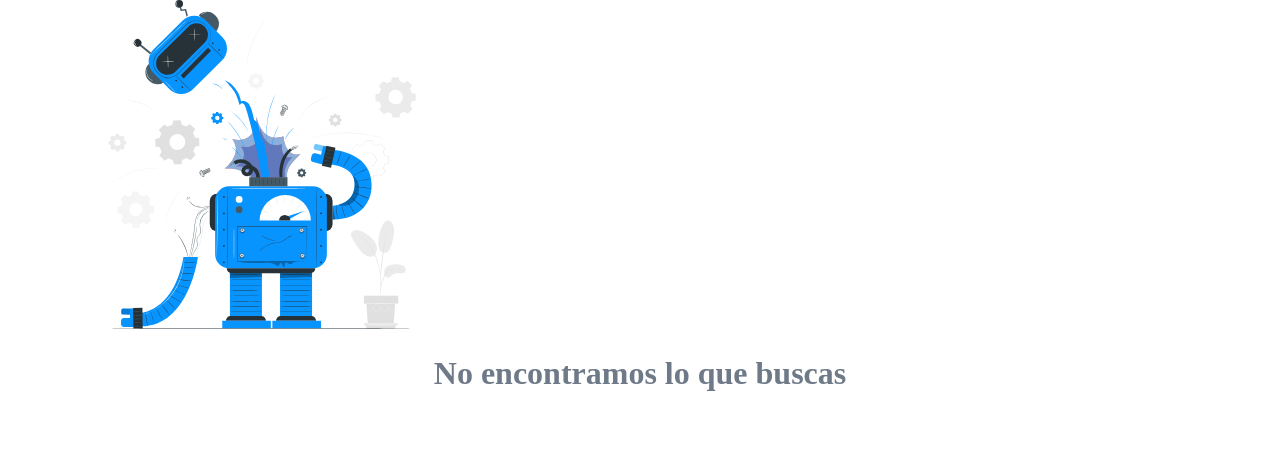
Repository: FabioMadrid/atlas_code
Page: 404.html
These files come from the project's save history. The page is drawn as it stood at one moment and after the next save; the edit follows.
The browser window is 1280 px wide. The pictures show the whole page.
Some web fonts or font styles are not loaded; a fallback is used. Some web libraries are served in a nearby version.

Above is the page before, as saved 2021-01-13 12:19:00.

### 404.html
<!DOCTYPE html>
<html lang="en">
<head>
    <meta charset="UTF-8">
    <meta name="viewport" content="width=device-width, initial-scale=1.0">
    <link rel="stylesheet" href="https://cdnjs.cloudflare.com/ajax/libs/font-awesome/4.7.0/css/font-awesome.min.css">
    <script src="https://kit.fontawesome.com/8bf4511c4b.js" crossorigin="anonymous"></script>
    <link rel="stylesheet" href="css/general.css">
    <link rel="stylesheet" href="css/style_lp.css">
    <link rel="stylesheet" href="https://atlas-home-colombia.s3.amazonaws.com/fonts/fonts.css">
    <title>Atlas Home</title>
</head>
<body>

    <div style="margin:auto">
        <img src="/svg/robot_explotando.svg" alt="" >
    </div>

    <h1 class="text" style="text-align: center;">
        No encontramos lo que buscas
    </h1>

</body>
</html>

### css/style_lp.css

body
{
    margin: 0 8%;
}

/* ---------------------------------------------- INICIO DE MODAL BUSQUEDA DE PROPIEDADES ------------------------------------------------------------*/
.modal
{
    display: none; /* Hidden by default */
    position: fixed; /* Stay in place */
    z-index: +2; /* Sit on top */
    left: 0;
    top: 0;
    width: 100%; /* Full width */
    height: 100%; /* Full height */
    background-color: rgb(0,0,0); /* Fallback color */
    background-color: rgba(0,0,0,0.4); /* Black w/ opacity */
    padding: 40px;
    overflow: hidden;
    animation: fadeEffect 0.5s; /* Fading effect takes 1 second */
    margin: 0;
}

  /* Modal Content */

  .modal-content
{
    background-color: #fefefe;
    margin: auto;
    padding: 20px;
    border: none;
    border-radius: 10px;
    width: 45%;
    z-index: +3;
}
.overflow
{
    max-height: 100%;
    overflow-y: auto !important;
}

  /* The Close Button */
  .close
{
    color: white;
    float: right;
    font-size: 28px;
    text-align: center;
    font-weight: bold;
    border: 2px solid #0894FE;
    background-color: #0894FE;
    border-radius: 50%;
    width: 35px;
    height: 35px;
    position: absolute;
    top: -35px;
    right:-35px;
}

  .close:hover,
  .close:focus {
    background-color: #CC5F54;
    border: none;
    text-decoration: none;
    cursor: pointer;
  }
  .titulo-modal
  {
    text-align: center;
    border-bottom: 2px solid rgba(156, 156, 156, 0.219);
    padding-bottom: 7px;
    margin: 15px 10%;
  }


  /*-------------------------------------------------------------- Clases del SEARCH Modal------------------------------------------- */

  .inmueble-selector
  {
      display: flex;
      justify-content: center;
      flex-direction: row;
      flex-wrap: wrap;
      align-items: center;
  }
    .inmueble-selector input
    {
      margin:0;padding:0;
      -webkit-appearance:none;
      -moz-appearance:none;
      appearance:none;
    }

  .vivienda
  {
      background-image:url(/svg/vivienda-icon-azul.svg);
  }
  .apartamento
  {
      background-image:url(/svg/apartamento-icon-azul.svg);
  }
  .terreno
  {
      background-image:url(/svg/terreno-icon-azul.svg);
  }

  .inmueble-selector input:active + .drinkcard-cc
  {
      opacity:none;
  }
  .inmueble-selector input:checked + .drinkcard-cc
  {
      -webkit-filter: none;
         -moz-filter: none;
              filter: none;
              color:#0048CD;
  }
  .drinkcard-cc
  {
      cursor:pointer;
      background-size:contain;
      background-repeat:no-repeat;
      display:inline-block;
      width:90px;height:80px;
      color: inherit;
      -webkit-transition: all 100ms ease-in;
         -moz-transition: all 100ms ease-in;
              transition: all 100ms ease-in;
              -webkit-filter: brightness(1) grayscale(1) opacity(1);
              -moz-filter: brightness(1) grayscale(1) opacity(1);
                   filter: brightness(1) grayscale(1) opacity(1);
  }
  .drinkcard-cc:hover
  {
      -webkit-filter: none;
         -moz-filter: none;
              filter: none;
              color:#0048CD;
               /* width:93px;height:83px;*/
  }

  /* correciones del search modal */

  .correcion
  {
      left: 16px;
      bottom: -110px;
  }
  .correcion-a
  {
      bottom: -110px;
  }


@media screen and (max-width:880px)
{
    .modal-content
    {
        width: 90%;
    }
    .correcion
    {
    left: 16px;
    bottom: -100px;
    }
    .correcion-a
    {
    bottom: -100px;
    }
    .selects-50
    {
    float: none;
    width: 100%;
    margin: none;
    }
    .selects-50-right
    {
    float: none;
    width: 100%;
    }
    .topright
    {
    right: 7.5%;
    }
    .correcion-icon-credito
    {
        padding-top: 25%;
    }
}
@media screen and (max-width:450px)
{
    .drinkcard-cc
    {
        width: 80px;
        height: 70px;
    }
    .inmueble-selector
    {
        justify-content: space-around;
    }
    .modal-content
    {
        width: 100%;
    }
    .modal
    {
        padding: 0px;
    }
    .modal-content
    {
        border-radius: 0;
    }
    .topright
    {
    right: 7%;
    top: 4%;
    }

}
@media screen and (max-width:365px)
{
    .inmueble-selector
    {
        flex-direction: column;
    }
    .drinkcard-cc
    {
        margin-top: 30px;
    }
    .bottom-text
    {
        bottom: -105px;
    }
}

/* ----------------------------------------------------- titulos, textos y fonts ------------------------------------------------------------------ */
@font-face
{
    font-family: "FormaDJRText";
    src: url(https://atlas-home-colombia.s3.amazonaws.com/fonts/fonts.css);
}
.text
{
    font-family:"Forma DJR Text Edu";
    color: #6F7A88;
}
.title
{
    margin-top: 50px ;
    color:#0894FE;
    font-size:2em;
    font-weight:bold;
    display: block;
}
.subtitles
{
    color:#0894FE;
    font-weight:bold;
    display: block;

}
/* diseño de columnas y layout */
.flex-container
{
    display: flex;
    flex-flow: row wrap;
}
.flex-centrar
{
    justify-content: space-between;
    align-items: center;
}
.row:after
{
    content: "";
    display: table;
    clear: both;
}
.column-left
{
    float: left;
    width: 49.99%;
    padding: 15px;
    height:auto;
    display: block;
}
.column-50
{
    width: 49.99%;
    float: right;
    margin: auto;
}
.column-33
{
    width: 33.33%;
    float: left;
    margin: auto;
}
.clearfix::after
{
    content: "";
    clear: both;
    display: table;
}
.flex-box
{
   display: flex;
   flex-flow: row wrap;
   justify-content: center;
}

/* declaraciones de iconos */

.icon-lp
{
    width: 90%;
    height: auto;
    margin-top: 50px;
    display: block;
    margin: auto;
}
.icon-v
{
    max-height: 400px;
}
.boton-landing
{
    background: white ;
    color:#0894FE;
    border: #0894FE solid 1px;
    padding: 10px 15px;
    border-radius: 5px;
    display: block;
    width: 350px;
    height: 60px;
    margin: 30px auto 30px auto;
    font-size:15px;
    transition: background-color 0.4s;
    outline: none;
}
.triangulo-decor
{
    position: absolute;
    padding-top: 0px;
    width: 20%;
    height: auto;
    vertical-align: middle;
    border-style: none;
    box-sizing: border-box;
    max-width: 100%;
    z-index: -1;
}

/* declaraciones de botones */

.boton-landing:hover
{
    background-color: #2680EB;
    color: white;
    cursor: pointer;
    font-size: 17px;
    box-shadow: 0 12px 16px 0 rgba(0,0,0,0.24), 0 17px 50px 0 rgba(0,0,0,0.19);
}
button:active
{
    background-color: #6eb9f7;
    background-size: 100%;
    transition: background-color 0s;
    border: #0894FE solid 1px;
}

/* testimonios */
.box
{
    box-shadow: 0 4px 8px 0 rgba(0, 0, 0, 0.2), 0 6px 10px 0 rgba(133, 133, 133, 0.19);
    box-shadow: 5px grey;
    display: block;
    background-color: white;
    width: auto;
    text-align: left;
    margin: 20px 0% 20px 0%;
    padding: 10px 20px 40px 20px;
    border-radius: 5px;
}
.img
{
    float: left;
    padding-right: 5px;
    height: 100px;
    width: 100px;
}
.box::after
{
    content: "";
    clear: both;
    display: table;
}
.figcaption
{
    font:"Forma DJR Text Edu" medium 12px;
    color: #0894FE;
    margin-top: 15px;
    text-align: left;
}

/*----------- CSS PARA STEP FORMS ------------*/

/* Styling Parts */
#part1,
#part2,
#part3,
#part4,
#part5 {
  z-index: 2;
  display: block;
  height: auto;
  opacity: 1;
  transition: opacity 1s ease-in-out;
}

/* Hidden Parts */
#part2,
#part3,
#part4,
#part5
 {
  opacity: 0;
  height: 0;
  overflow: hidden;
}

/* Show Step 2 & Hide Step 1 */
#step2:checked ~ #part2
{
  opacity: 1;
  height: auto;
}
#step2:checked ~ #part1
{
  opacity: 0;
  height: 0;
  display: none;
}

/* Show Step 3  & Hide Step 2 */
#step3:checked ~ #part3
{
  opacity: 1;
  height: auto;
}
#step3:checked ~ #part2
{
  opacity: 0;
  width: 0;
  height: 0;
  display: none;
}

/* Show Step 4  & Hide Step 3 */
#step4:checked ~ #part4 {
    opacity: 1;
    height: auto;
  }
  #step4:checked ~ #part3 {
    opacity: 0;
    width: 0;
    height: 0;
    display: none;
  }

/* Show Step 5  & Hide Step 4 */
#step5:checked ~ #part5 {
    opacity: 1;
    height: auto;
  }
#step5:checked ~ #part4 {
    opacity: 0;
    width: 0;
    height: 0;
    display: none;
  }

  input[type=checkbox]
  {

    position: absolute;
    /* Position the checkbox in upper left corner */

    opacity: 0;
  }


/* ----- INICIO DE RESPONSIVE DESIGN------*/

/*diseño para ipads*/

@media only screen and (max-width: 800px)
{
    .caja
    {
        text-align: center;
    }
    .img
     {
        margin: auto;
        float: none;
        display: block;
    }
    .figcaption
    {
        text-align: center;
    }
    .icon-lp
    {
        height: auto;
        display: block;
        margin:auto;
        float: none;
    }
    .row:after
    {
        content: "";
        display: table;
        clear: both;
    }
    .boton-landing
    {
        width: 250px;
        height: 60px;
    }
    .title
    {
        font-size:1.3em;
    }
    .icon-v
    {
        height: 300px;
    }
    .icon-i
    {
        padding-top: 40%;
    }
    .text
    {
        text-align: center;
    }
}

/*diseño para moviles*/

@media only screen and (max-width: 700px)
{
    .column-50
    {
        width: 100%;
        float: none;
        margin: auto;
        overflow: hidden;
        padding: 15px;
        height:auto;
        display: block;
    }
    .column-left
    {
        float: none;
        width: 100%;
        padding: 15px;
        height:auto;
        display: block;
    }
    .boton-landing
    {
        width: 100%;
    }
    .icon-i
    {
        padding-top: 10px;
    }
    .triangulo-decor
    {
        width: 40%;
    }
    .correcion-icon-credito
    {
        padding-top: 0;
    }
}

/* footer */

.footer
{
    height: 250px;
    width: 100%;
    border-top: 5px solid #F2F2F2;
}
.footer-img
{
    background-image: url("/svg/city2.svg");
    background-color: transparent;
    height: 250px;
    background-position: center;
    background-repeat: no-repeat;
    background-size: cover;
}
.footer-logo
{
    display: block;
    width: auto;
    height: 80px;
    padding-top: 10px;
    margin: auto;
}
.fa
{
    display: inline-block;
    width: 50px;
    height: 50px;
    line-height: 50px;
    text-align: center;
    border: 3px;
    background-color: #fff;
    color: #0f4aa2;
    font-size: 30px;
    text-decoration: none;
    margin:0;
}
a
{
    text-decoration: none;
    cursor: pointer;
    color: inherit;
}
li
{
    list-style-type: none;
    display: inline-block;
    border: 1.5px solid  #0f4aa2;
    margin: 5px 7px;
}
.fa:hover {
    opacity: 0.7;
    color: #2680EB;
}
.footer-ul
{
    padding-left: 0;
}

button:active
{
background-color:white;
background-size: 100%;
transition: background-color 0s;
border: none;
outline: none;
}

.b-tipo-cita
{
    color: #6F7A88;
    border-bottom: 1px solid #6F7A88;
    display: block;
    text-align: center;
    width: 45%;
    margin-top: 0;
    cursor: pointer;
    outline: none;
    border-radius: none;
    padding: 10px;

}
.b-tipo-cita:hover+:checked
{
    border-bottom: 3px solid #2680EB;
    color: #2680EB;
}
.b-tipo-cita.active
{
    border-bottom: 3px solid #2680EB;
    color: #2680EB;
}

input[type="radio"]:checked+label {
    border-bottom: 3px solid #2680EB;
    color: #2680EB;
}

Loaded but not shown: css/general.css (885 lines, source omitted)

After the next save:
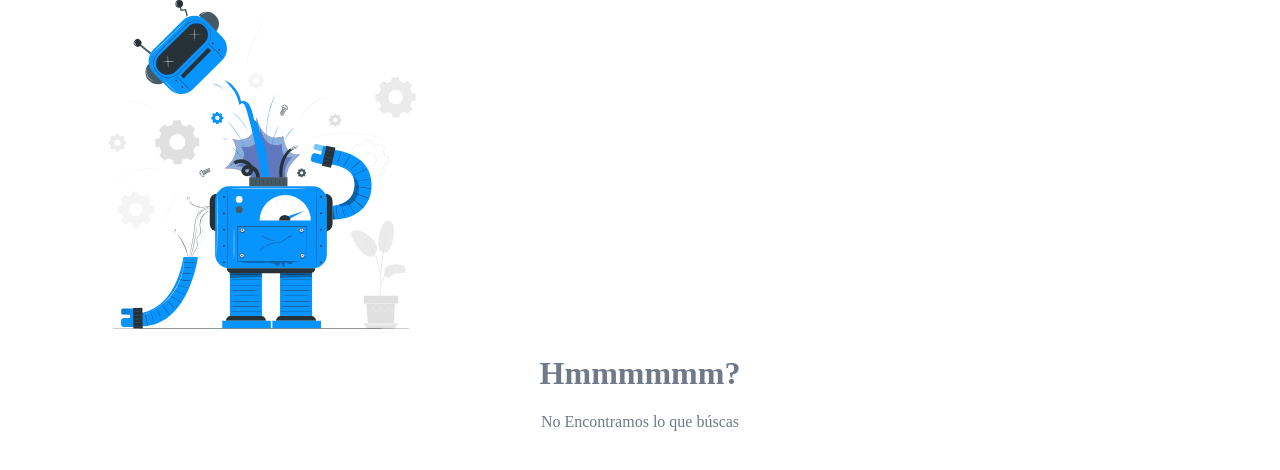
Saved 65 s later.
--- a/404.html
+++ b/404.html
@@ -17,8 +17,11 @@
     </div>
 
     <h1 class="text" style="text-align: center;">
-        No encontramos lo que buscas
+        Hmmmmmm?
     </h1>
+    <p class="text" style="text-align: center;">
+        No Encontramos lo que búscas
+    </p>
 
 </body>
 </html>
